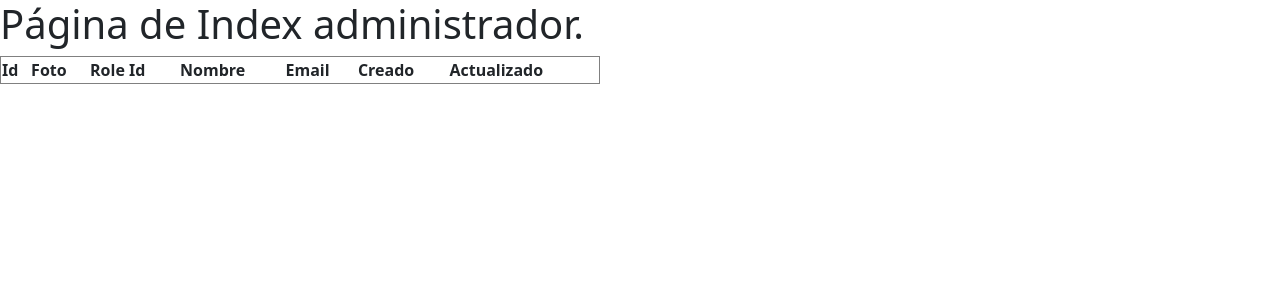
Repository: jfederg/AplicacionCompleta-Laravel-git
Page: http://localhost/admin/users
The author's editor kept a record of every edit. The page is drawn from the files as they stood at one moment, then again after the next edit.
The browser window is 1280 px wide. The pictures show the whole page.
The page is served by the project's Laravel application, run on PHP 8.4 with Laravel 8. Other server files are loaded and not shown. Queries for data that is not in the repository find no rows.

Above is the page before.

### AplicacionCompleta/routes/web.php
<?php

use Illuminate\Support\Facades\Route;

/*
|--------------------------------------------------------------------------
| Web Routes
|--------------------------------------------------------------------------
|
| Here is where you can register web routes for your application. These
| routes are loaded by the RouteServiceProvider within a group which
| contains the "web" middleware group. Now create something great!
|
*/

Route::get('/', function () {
    return view('welcome');
});

Auth::routes();

Route::get('/home', 'HomeController@index')->name('home');

Route::resource('admin/users','AdminUsersController');

### AplicacionCompleta/app/Http/Controllers/AdminUsersController.php
<?php

namespace App\Http\Controllers;

use Illuminate\Http\Request;

use App\User;

use App\Foto;

use Illuminate\Support\Facades\DB; //añadiendo esto modelo se puede usar el objeto DB para buscar información en la base de datos.

use Illuminate\Support\Facades\Session; //Con esto se importa el objeto session

class AdminUsersController extends Controller
{
    /**
     * Display a listing of the resource.
     *
     * @return \Illuminate\Http\Response
     */
    public function index()
    {

        //$users = DB::table('users')->get(); //así se usa el objeto DB para buscar información en la base de datos.

        $users=User::all(); //Aqui use el modelo User la ventaja es como hay relación con la tabla foto me entiende en
        //la página de blade que el id es un objeto con la información de ese id con la tabla foto.

        return view('admin.users.index',compact("users")); //la información recuperada se pasa en un array con el nombre users y con la información de $users.

        //return view('admin.users.index',['users' => $users]);

    }

    /**
     * Show the form for creating a new resource.
     *
     * @return \Illuminate\Http\Response
     */
    public function create()
    {
        //
        return view('admin.users.create');

    }

    /**
     * Store a newly created resource in storage.
     *
     * @param  \Illuminate\Http\Request  $request
     * @return \Illuminate\Http\Response
     */
    public function store(Request $request)
    {
        $entrada=$request->all();

        if($archivo=$request->file('foto_id')){

            $nombre=$archivo->getClientOriginalName();

            $archivo->move('images', $nombre);

            $foto=Foto::create(['ruta_foto' => $nombre]);

            $entrada['foto_id']=$foto->id;


        }

        $entrada['password']=bcrypt($request->password);

        User::create($entrada);


        //User::create($request->all());

        return redirect('/admin/users');

    }

    /**
     * Display the specified resource.
     *
     * @param  int  $id
     * @return \Illuminate\Http\Response
     */
    public function show($id)
    {
        //
    }

    /**
     * Show the form for editing the specified resource.
     *
     * @param  int  $id
     * @return \Illuminate\Http\Response
     */
    public function edit($id)
    {
        $user=User::findOrFail($id);

        return view('admin.users.edit',compact('user'));
    }

    /**
     * Update the specified resource in storage.
     *
     * @param  \Illuminate\Http\Request  $request
     * @param  int  $id
     * @return \Illuminate\Http\Response
     */
    public function update(Request $request, $id)
    {
        $user=User::findOrFail($id);

        $entrada=$request->all();

        if($archivo=$request->file('foto_id')){

            $nombre=$archivo->getClientOriginalName();

            $archivo->move('images', $nombre);

            $foto=Foto::create(['ruta_foto' => $nombre]);

            $entrada['foto_id']=$foto->id;

        }


        $user->update($entrada);


        return redirect('/admin/users');

    }

    /**
     * Remove the specified resource from storage.
     *
     * @param  int  $id
     * @return \Illuminate\Http\Response
     */
    public function destroy($id)
    {
        $user=User::findOrFail($id);

        $user->delete();

        Session::flash('usuario_borrado','El usuario ha sido borrado con éxito');

        return redirect('/admin/users');

    }
}

### AplicacionCompleta/app/User.php
<?php

namespace App;

use Illuminate\Contracts\Auth\MustVerifyEmail;
use Illuminate\Foundation\Auth\User as Authenticatable;
use Illuminate\Notifications\Notifiable;

class User extends Authenticatable
{
    use Notifiable;

    /**
     * The attributes that are mass assignable.
     *
     * @var array
     */
    protected $fillable = [
        'name', 'email', 'password', 'role_id', 'foto_id',
    ];

    /**
     * The attributes that should be hidden for arrays.
     *
     * @var array
     */
    protected $hidden = [
        'password', 'remember_token',
    ];

    /**
     * The attributes that should be cast to native types.
     *
     * @var array
     */
    protected $casts = [
        'email_verified_at' => 'datetime',
    ];

    public function role(){

        return $this->belongsTo('App\Role');

    }

    public function foto(){

        return $this->belongsTo('App\Foto');

    }
}

### AplicacionCompleta/resources/views/admin/users/index.blade.php
<!DOCTYPE html>
<html lang="{{ str_replace('_', '-', app()->getLocale()) }}">
    <head>
    <link href="https://cdn.jsdelivr.net/npm/bootstrap@5.1.3/dist/css/bootstrap.min.css" rel="stylesheet" integrity="sha384-1BmE4kWBq78iYhFldvKuhfTAU6auU8tT94WrHftjDbrCEXSU1oBoqyl2QvZ6jIW3" crossorigin="anonymous">

    <script src="https://cdn.jsdelivr.net/npm/bootstrap@5.1.3/dist/js/bootstrap.bundle.min.js" integrity="sha384-ka7Sk0Gln4gmtz2MlQnikT1wXgYsOg+OMhuP+IlRH9sENBO0LRn5q+8nbTov4+1p" crossorigin="anonymous"></script>

    </head>
    <body>
        <h1> Página de Index administrador. </h1>

        <table width="600" border="1">
            <tr>
                <th>Id</th>
                <th>Foto</th>
                <th>Role Id</th>
                <th>Nombre</th>
                <th>Email</th>
                <th>Creado</th>
                <th>Actualizado</th>
            </tr>
            @if($users) <!--este if es cuando la tabla users esta vacia y la variable esta nula -->
            @foreach($users as $user)   <!--este forwach es para buscar en la información de la variable-->
                <tr>
                    <td>{{$user->id}}</td>
                    @if($user->foto)
                    <td><img src="/images/{{$user->foto->ruta_foto}}" width="150"/></td>
                    <!--<td>{{App\Foto::where('id', $user->foto_id )->select('ruta_foto')->get()}}</td> De esta forma tambien busco la información por medio de una consulta el problema es que devuelve un array -->
                    @else
                    <td><img src="/images/paisaje_nieve.jpg" width="150"/></td>
                    @endif
                    <td>{{$user->role_id}}</td>
                    <td><a href="{{route('users.edit',$user->id)}}">{{$user->name}}</a></td>
                    <td>{{$user->email}}</td>
                    <td>{{$user->created_at}}</td>
                    <td>{{$user->updated_at}}</td>
                </tr>
            @endforeach
            @endif
        </table>
    </body>
</html>

Loaded but not shown: AplicacionCompleta/app/Http/Controllers/Auth/LoginController.php (common file); AplicacionCompleta/app/Http/Controllers/Controller.php (common file); AplicacionCompleta/app/Http/Controllers/Auth/ConfirmPasswordController.php (common file)

After the next edit:
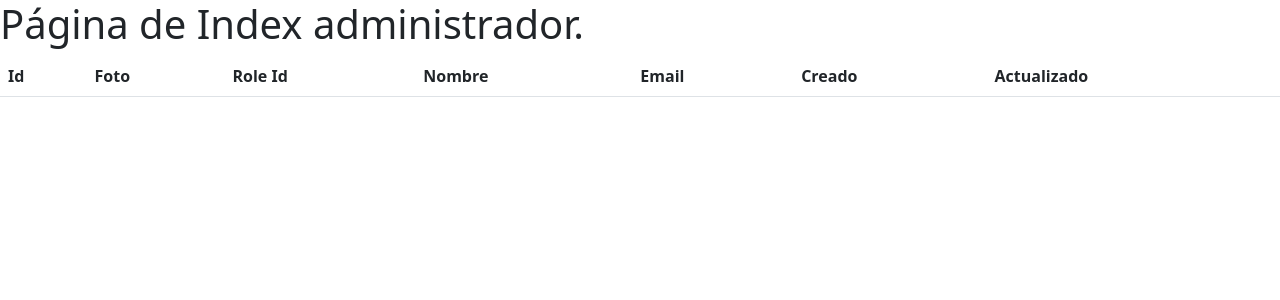
The edit:
--- a/AplicacionCompleta/resources/views/admin/users/index.blade.php
+++ b/AplicacionCompleta/resources/views/admin/users/index.blade.php
@@ -9,7 +9,7 @@
     <body>
         <h1> Página de Index administrador. </h1>
 
-        <table width="600" border="1">
+        <table width="600" class="table">
             <tr>
                 <th>Id</th>
                 <th>Foto</th>
